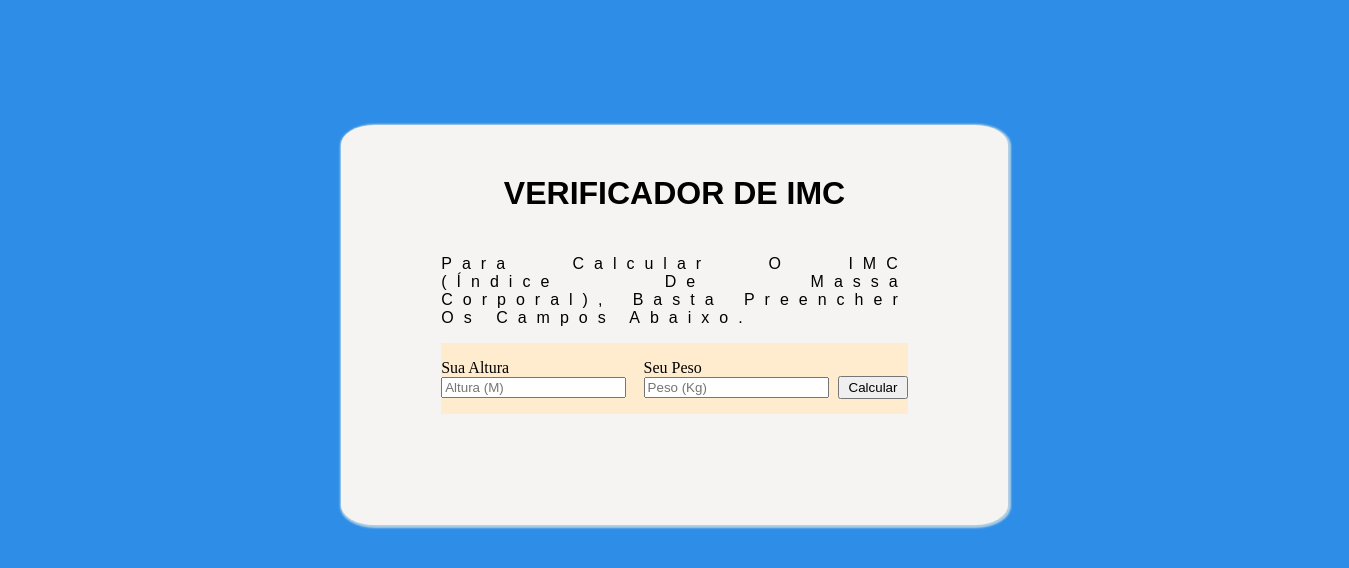
Repository: Ramonuriel/JS-Projetos
Page: Verificador de IMC/index.html
An editor plug-in stored every save of this project. The page is shown before and after a run of saves, followed by the edit.
The browser window is 1280 px wide. The page is 1349 px wide, so the pictures cover 1349 px, including what lies to the right of the window. The pictures show the whole page.

Above is the page before, as saved 2022-11-15 19:53:20.

### Verificador de IMC/index.html
<!DOCTYPE html>
<html lang="pt-BR">

<head>
  <meta charset="UTF-8">
  <meta http-equiv="X-UA-Compatible" content="IE=edge">
  <meta name="viewport" content="width=device-width, initial-scale=1.0">
  <link rel="stylesheet" href="/CSS/style.css">
  <title>Como está o seu IMC ?</title>
</head>

<body>
  <section class="box">
    <H1 class="title">Verificador de IMC</H1>

    <p class="subtitle">Para calcular o IMC (Índice de Massa Corporal), basta preencher os campos abaixo.

    </p>

    <div class="input">
      <p>
        <label for="altura" class="text-input">sua altura</label>
        <input type="number" name="" id="altura" min="0" required placeholder="Altura (M)">
      </p>
      <p>
        <label for="peso" class="text-input">seu peso</label>
        <input type="number" name="" id="peso" min="0" required placeholder="Peso (Kg)">
      </p>
      <button class="btn" type="submit">Calcular</button>
    </div>


  </section>

</body>

</html>

### Verificador de IMC/CSS/style.css
html {
  margin: 0%;
  padding: 0%;
  width: 1349px;
}

body {
  background: rgb(45, 141, 231);
}
.title {
  margin-top: 50px;
  font-size: 2rem;
  font-family: Arial, sans-serif;
  font-weight: 600;
  text-transform: uppercase;
}

.subtitle {
  margin-left: 100px;
  margin-right: 100px;
  text-align: justify;
  font-size: 1rem;
  font-family: Arial, sans-serif;
  font-weight: 500;
  text-transform: capitalize;
  letter-spacing: 10px;
}

.box {
  margin: auto;
  margin-top: 125px;
  display: flex;
  flex-direction: column;
  border-radius: 5%;
  width: 50%;
  height: 400px;
  background-color: rgb(245, 244, 243);
  box-shadow: 1px 1px 2px 2px rgb(178, 208, 226);

  justify-items: center;
  align-items: center;
}

.input {
  width: 70%;
  background-color: blanchedalmond;
  justify-content: center;
  display: inline-flex;
  flex-direction: row;
}

.text-input {
  font-size: 1rem;
  text-transform: capitalize;
}

.btn {
  width: 18%;
  height: 23px;
  margin-top: 33px;
}

After the next 2 saves:
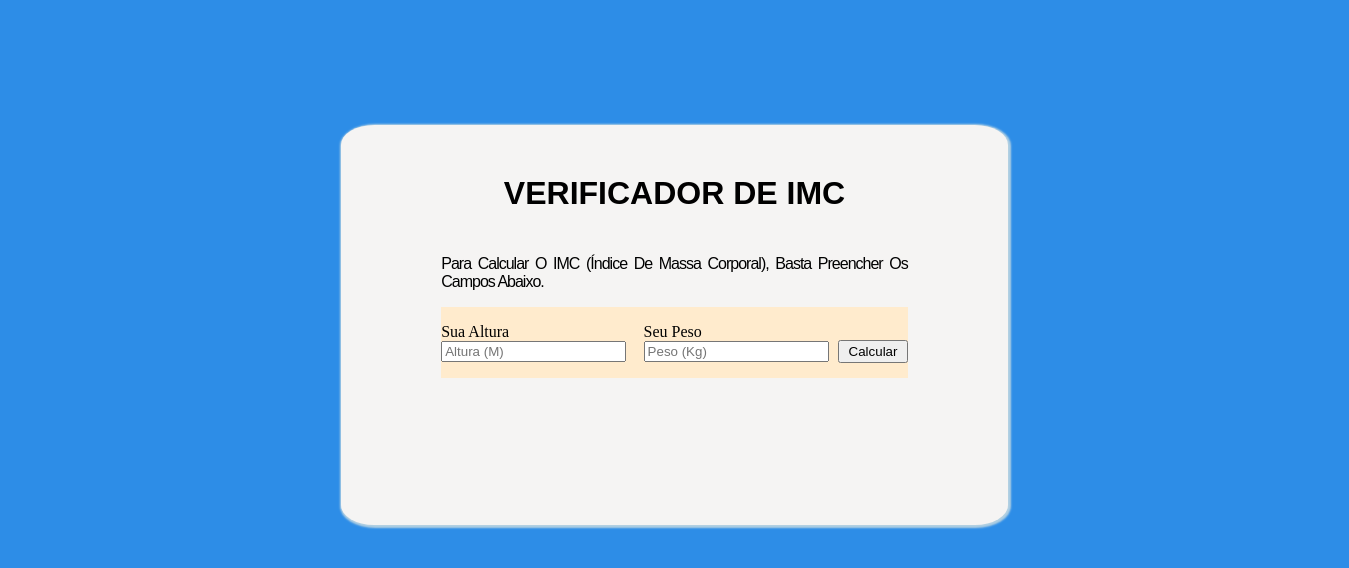
The 2 saves are shown as one change because they came seconds apart.
The last was saved 8 s later.
--- a/Verificador de IMC/CSS/style.css
+++ b/Verificador de IMC/CSS/style.css
@@ -23,7 +23,7 @@ body {
   font-family: Arial, sans-serif;
   font-weight: 500;
   text-transform: capitalize;
-  letter-spacing: 10px;
+  letter-spacing: -1px;
 }
 
 .box {
